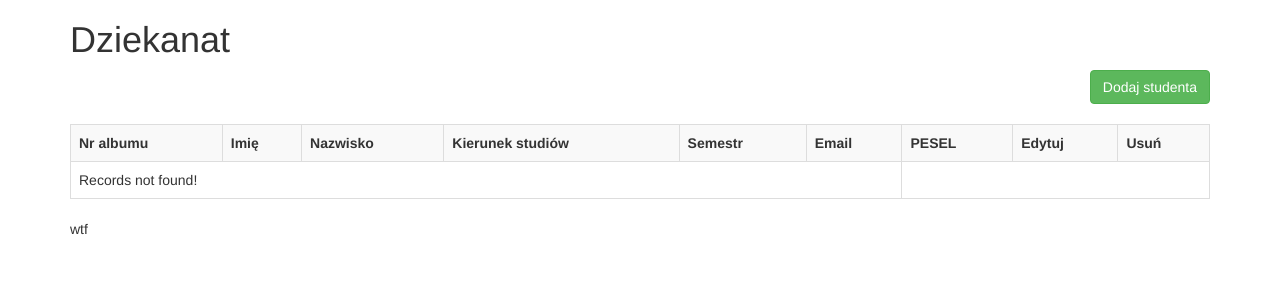
Repository: wojciechDrozd/php
Page: http://localhost/studentPanel.php
These files come from the project's save history. The page is drawn as it stood at one moment and after the next save; the edit follows.
The browser window is 1280 px wide. The pictures show the whole page.
Some web libraries are served in a nearby version. The page is run by PHP 8.4 with error messages shown; the project is at /var/www/html/. Queries for data that is not in the repository find no rows.

Above is the page before, as saved 2017-04-12 05:11:46.

After the next save:
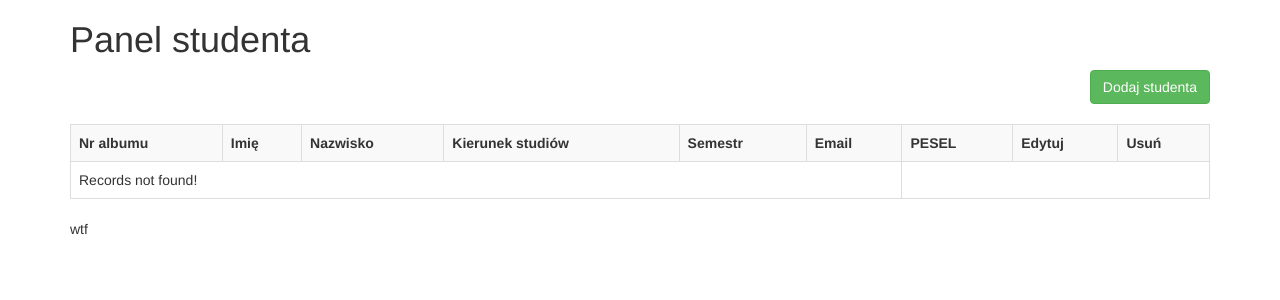
Saved 8 s later.
--- a/1/CRUDexample/studentPanel.php
+++ b/1/CRUDexample/studentPanel.php
@@ -21,7 +21,7 @@
 <div class="container">
     <div class="row">
         <div class="col-md-12">
-            <h1>Dziekanat</h1>
+            <h1>Panel studenta</h1>
         </div>
     </div>
     <div class="row">
